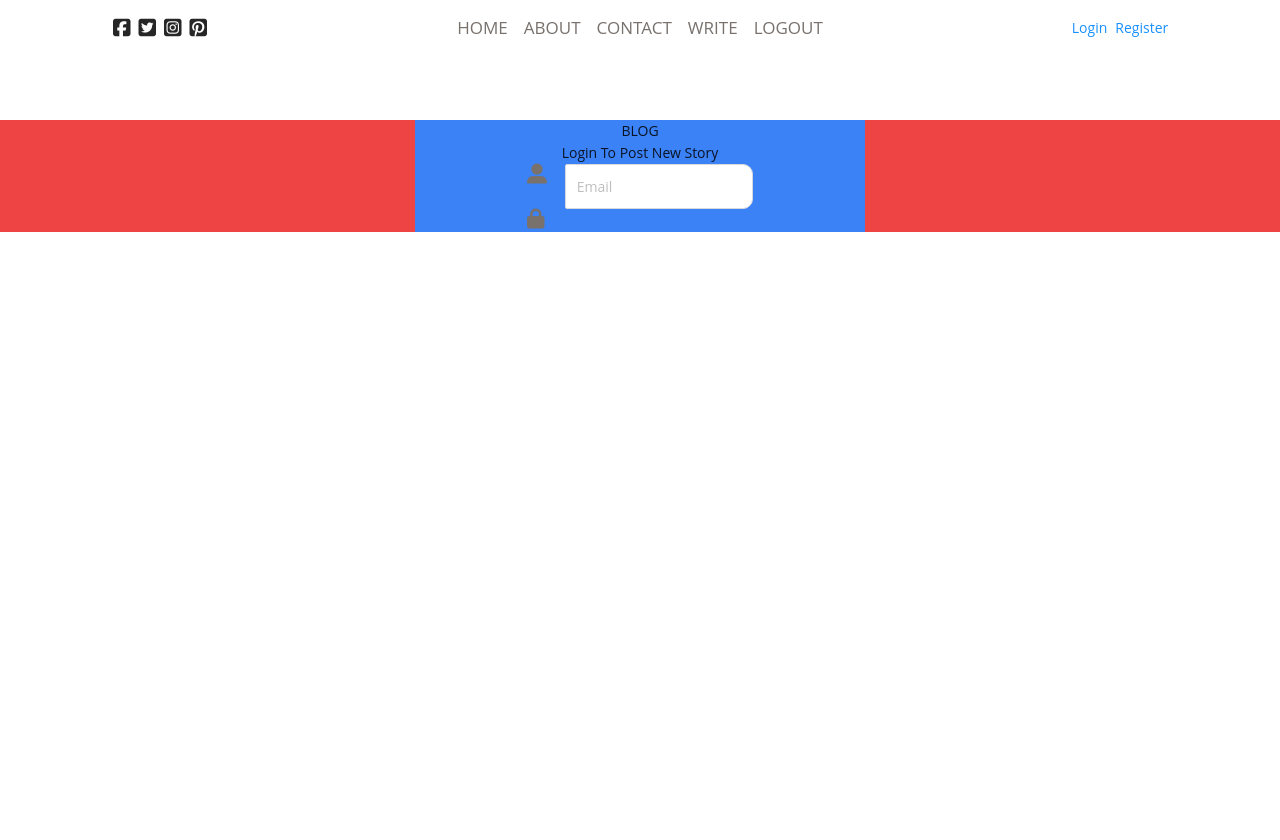
Repository: truongnguyenuit/Blog_App_ver2
Page: /login (app in client/)
An editor plug-in stored every save of this project. The page is shown before and after a run of saves, followed by the edit.
The browser window is 1280 px wide. The pictures show the whole page.
Some web libraries are served in a nearby version. The project was rebuilt for these pictures with package versions that can differ from the ones it lists, and the page was loaded fresh each time. Also part of the build but not shown: client/src/components/AboutComponent.js, client/src/pages/HomePage.js, client/src/pages/RegisterPage.js.

Above is the page before, as saved 2022-07-18 11:35:07.

After the next 3 saves:
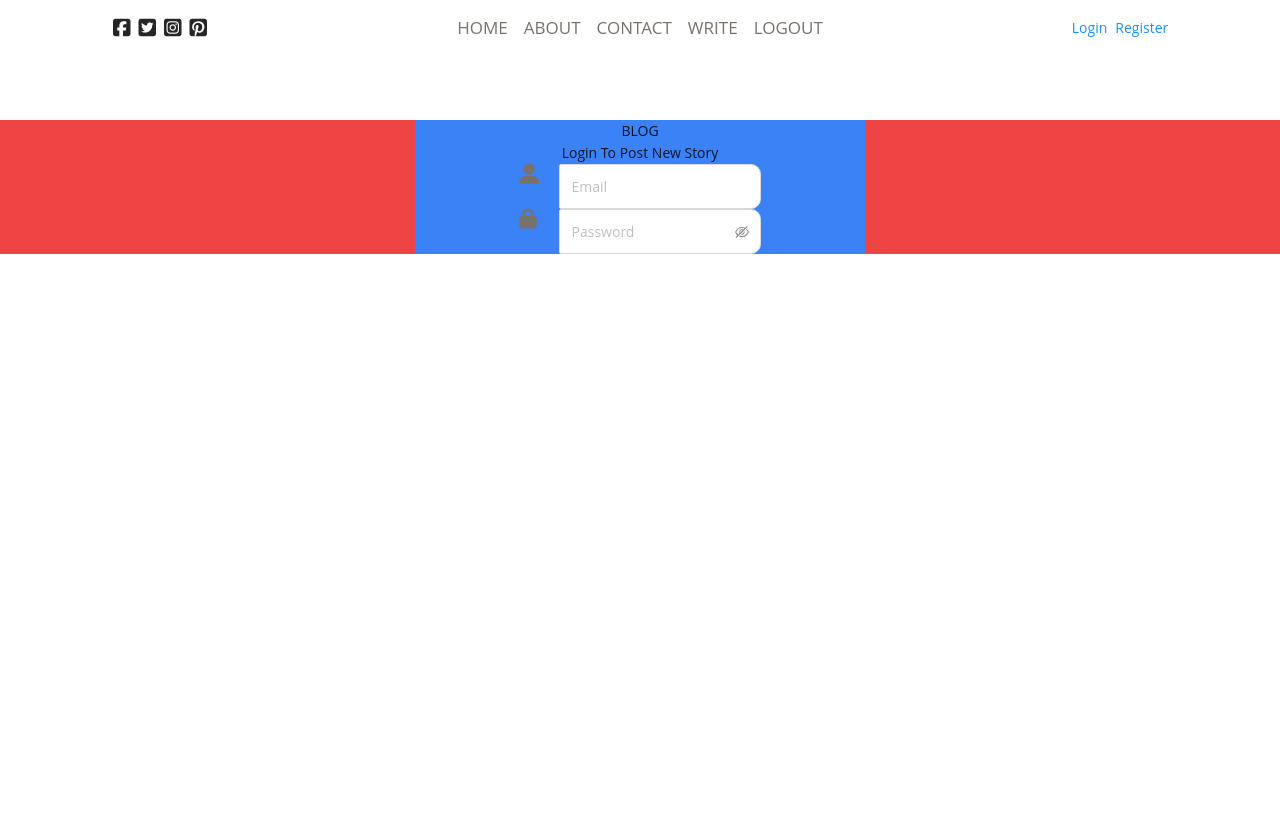
The 3 saves are shown as one change because they came seconds apart.
The last was saved 41 s later.
--- a/client/src/pages/LoginPage.js
+++ b/client/src/pages/LoginPage.js
@@ -31,9 +31,19 @@ const LoginPage = () => {
           </Row>
           <Row>
             <Col span={4}>
-            <i className="fa-solid fa-lock text-[20px] text-stone-500"></i>
+              <i className="fa-solid fa-lock text-[20px] text-stone-500"></i>
             </Col>
             <Col span={20}>
+              <Input.Password
+
+                placeholder="Password"
+                visibilityToggle={true}
+                style={{
+                  height: 45,
+                  borderTopRightRadius: 10,
+                  borderBottomRightRadius: 10,
+                }}
+              />
 
             </Col>
           </Row>
